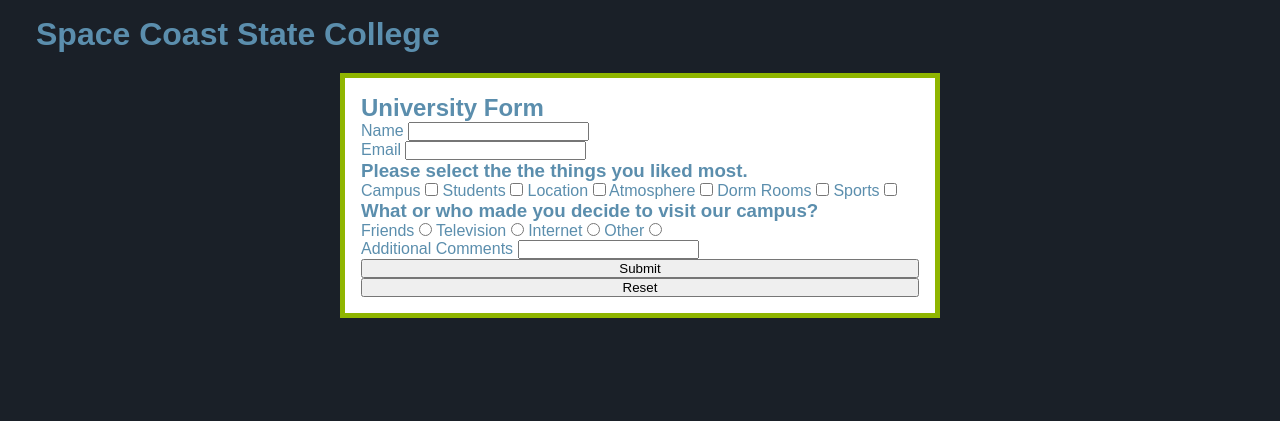
Repository: mlmEFSC21/P2-University-Form
Page: index.html
These files come from the project's save history. The page is drawn as it stood at one moment and after the next save; the edit follows.
The browser window is 1280 px wide. The pictures show the whole page.
Some web fonts or font styles are not loaded; a fallback is used.

Above is the page before, as saved 2022-01-29 18:10:57.

### index.html
<!DOCTYPE html>
<html lang="en">
    <head>
        <meta charset="UTF-8" />
        <meta http-equiv="X-UA-Compatible" content="IE=edge" />
        <meta name="viewport" content="width=device-width, initial-scale=1.0" />
        <title>University Form</title>
        <link rel="stylesheet" href="uniFormStyles.css" />
    </head>
    <body>
        <header>
            <h1>Space Coast State College</h1>
        </header>
        <main>
          <section class="main">
            <h2>University Form</h2>
            <article class="info">
            <!-- REMEMBER TO CHANGE THIS TO A POST TO DEITEL!!!!!!!!!!-->
            <form action="results.html" method="GET">
                <div>
                    <label for="name">Name</label>
                    <input type="text" id="name" name="name" required />
                </div>
                <div>
                    <label for="email">Email</label>
                    <input type="email" id="email" name="email" required />
                </div>
                </article>
                <article class="favFeatures">
                    <h3>Please select the the things you liked most.</h3>
                    <label for="campus">Campus</label>
                    <input type="checkbox" id="campus" name="campus" />
                    <label for="students">Students</label>
                    <input type="checkbox" id="students" name="students" />
                    <label for="location">Location</label>
                    <input type="checkbox" id="location" name="location" />
                    <label for="atmosphere">Atmosphere</label>
                    <input type="checkbox" id="atmosphere" name="atmosphere" />
                    <label for="dorms">Dorm Rooms</label>
                    <input type="checkbox" id="dorms" name="dorms" />
                    <label for="sports">Sports</label>
                    <input type="checkbox" id="sports" name="sports" />
                </article>
                <article class="">
                    <h3>What or who made you decide to visit our campus?</h3>
                    <label for="friends">Friends</label>
                    <input type="radio" id="friends" name="referred" required />
                    <label for="television">Television</label>
                    <input type="radio" id="television" name="referred" />
                    <label for="internet">Internet</label>
                    <input type="radio" id="internet" name="referred" />
                    <label for="other">Other</label>
                    <input type="radio" id="other" name="referred" />
                </article>
                <div>
                    <label for="comments">Additional Comments</label>
                    <input type="text" id="comments" name="comments" />
                </div>
                <button type="submit" class="submit">Submit</button>
                <button type="reset" class="reset">Reset</button>
            </form>
            </section>
        </main>
    </body>
</html>

### uniFormStyles.css
@import url("https://fonts.googleapis.com/css2?family=Spectral:wght@300&display=swap");

:root {
    --clr-prime: #003c5e;
    --clr-second: #1a2028;
    --clr-accent: #8fb500;
    --clr-font-prime: #5b8ead;
    --clr-font-second: black;
}

* {
    margin: 0;
    padding: 0;
    box-sizing: border-box;
}
body {
    margin: 0 1.25em;
    padding: 1em;
    background-color: var(--clr-second);
    font-family: "Spectral", sans-serif;
    color: var(--clr-font-prime);
}
header {
    color: var(--clr-font-prime);
    margin-bottom: 1.25em;
}
.main {
    display: flex;
    flex-direction: column;
    width: 600px;
    border: 5px solid var(--clr-accent);
    background-color: white;
    margin: auto;
    padding: 1rem;
}
form {
}

After the next save:
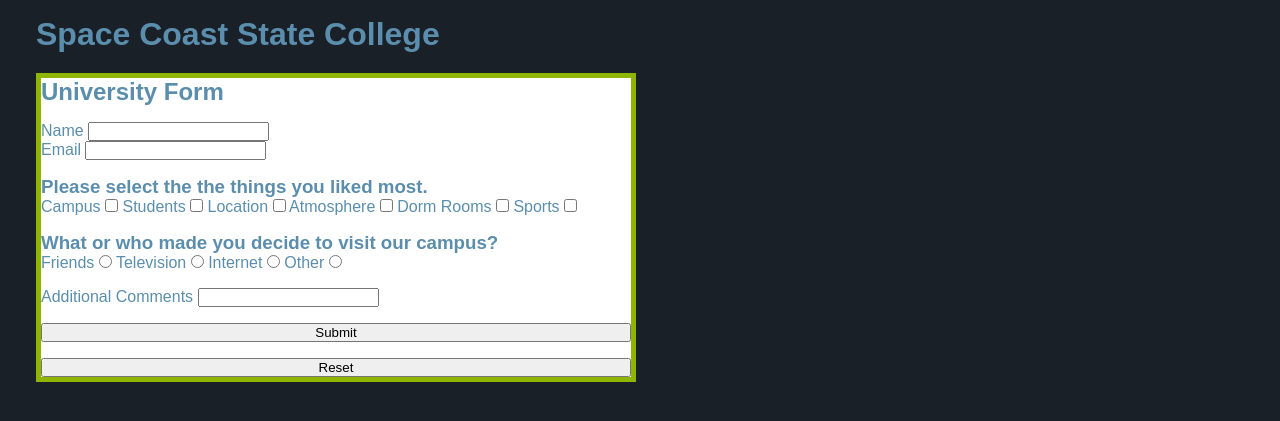
Saved 59 s later.
--- a/uniFormStyles.css
+++ b/uniFormStyles.css
@@ -30,8 +30,7 @@ header {
     width: 600px;
     border: 5px solid var(--clr-accent);
     background-color: white;
-    margin: auto;
-    padding: 1rem;
+    gap: 1rem;
 }
 form {
 }
